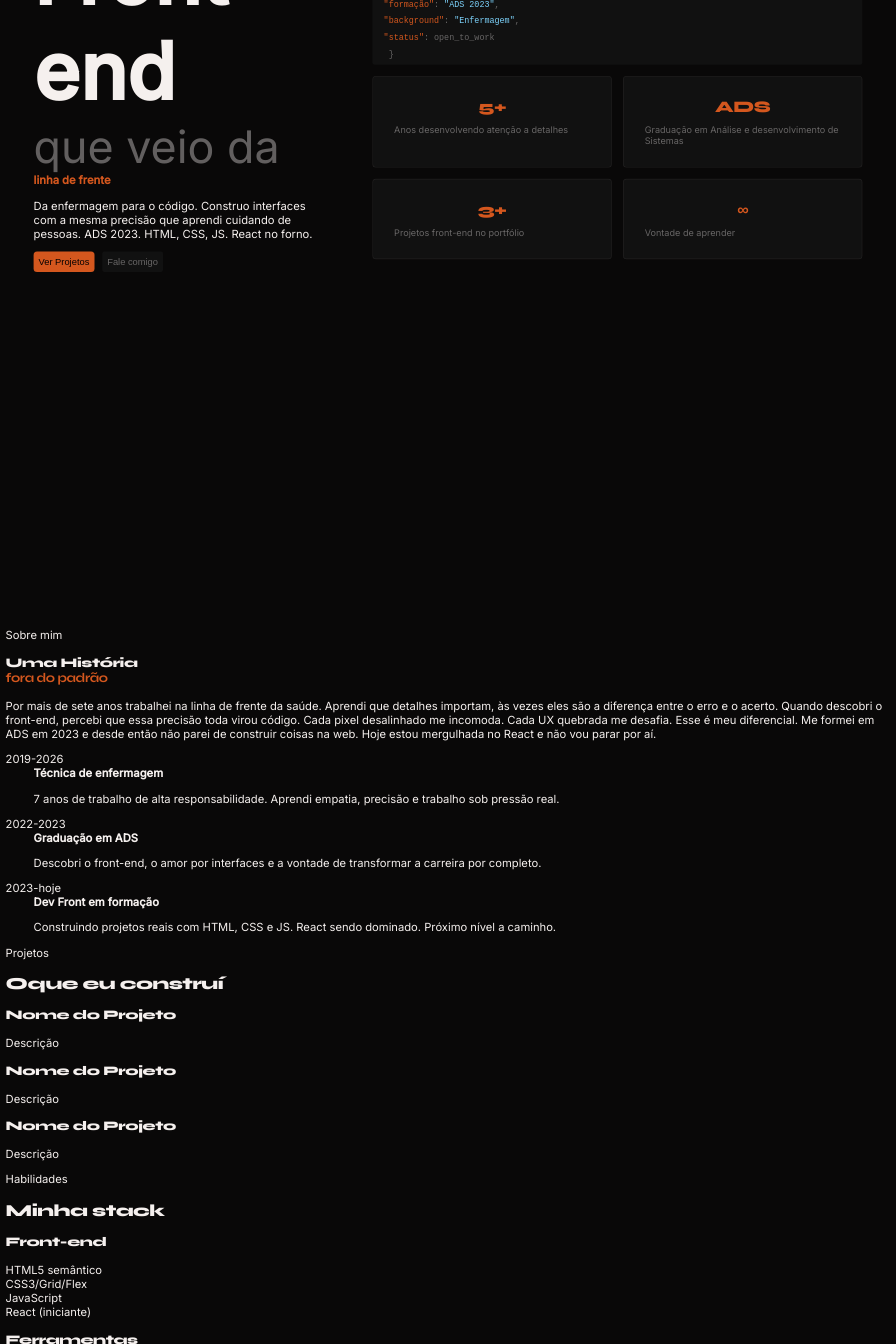
Repository: Bitroia/Portifolio
Page: index.html
An editor plug-in stored every save of this project. The page is shown before and after the next save, followed by the edit.
The browser window is 1280 px wide. The pictures show the part of the page from y = 359 to 2279 px (the page is 2899 px tall before and 3362 px after), at 70% of full size.
Some web fonts or font styles are not loaded; a fallback is used.

Above is the page before, as saved 2026-04-29 19:11:06.

### index.html
<!doctype html>
<html lang="pt-br">
  <head>
    <meta charset="UTF-8" />
    <meta name="viewport" content="width=device-width, initial-scale=1.0" />
    <link rel="stylesheet" href="styles/style.css" />
    <script src="scripts/script.js" defer></script>
    <link
      href="https://fonts.googleapis.com/css2?family=Syne:wght@400;700;800&family=Inter:wght@300;400;500&display=swap"
      rel="stylesheet"
    />
    <link
      href="https://fonts.googleapis.com/css2?family=Syne:wght@400;700;800&family=Syne+Mono&family=Inter:wght@300;400;500&display=swap"
      rel="stylesheet"
    />
    <title>Meu portifólio</title>
  </head>
  <body>
    <header>
      <nav id="nav-container">
        <h2>vitoria.cardozo</h2>
        <ul id="ul-container">
          <li><a href="#">SOBRE</a></li>
          <li><a href="#">PROJETOS</a></li>
          <li><a href="#">SKILLS</a></li>
          <li><a href="#">CONTATO</a></li>
        </ul>
      </nav>
    </header>
    <main>
      <section id="sections-container">
        <section id="introduction-section">
          <p class="avaible-p">Disponível para oportunidades</p>
          <span class="line-1">Front-end</span>
          <span class="line-2">que veio da</span>
          <span class="accent">linha de frente</span>
          <p>
            Da enfermagem para o código. Construo interfaces <br />
            com a mesma precisão que aprendi cuidando de <br />
            pessoas. ADS 2023. HTML, CSS, JS. React no forno.
          </p>
          <button id="projects-btn">Ver Projetos</button>
          <button id="talk-to-me-btn">Fale comigo</button>
        </section>
        <section id="secondary-section">
          <div id="info-container">
            <div class="terminal-bar">
              <span class="dot red"></span>
              <span class="dot yellow"></span>
              <span class="dot green"></span>
              <span class="terminal-title">perfil.json</span>
            </div>
            <div id="code-info-container">
              <pre><code><span class="t-comment">// desenvolvendo front-end</span>
  {
<span class="t-key">"nome"</span>: <span class="t-str">"Vitoria Cardozo"</span>,
<span class="t-key">"stack"</span>: [<span class="t-str">"HTML"</span>, <span class="t-str">"CSS"</span>, <span class="t-str">"JS"</span>, <span class="t-str">"React"</span>],
<span class="t-key">"formação"</span>: <span class="t-str">"ADS 2023"</span>,
<span class="t-key">"background"</span>: <span class="t-str">"Enfermagem"</span>,
<span class="t-key">"status"</span>: <span class="t-const">open_to_work</span>
 }
              </code></pre>
            </div>
          </div>
          <ul class="mini-cards-container">
            <li class="mini-card">
              <span class="num">5+</span>
              <span class="label">Anos desenvolvendo atenção a detalhes</span>
            </li>
            <li class="mini-card">
              <span class="num">ADS</span>
              <span class="label">Graduação em Análise e desenvolvimento de Sistemas</span>
            </li>
            <li class="mini-card">
              <span class="num">3+</span>
              <span class="label">Projetos front-end no portfólio</span>
            </li>
            <li class="mini-card">
              <span class="num">&#8734;</span>
              <span class="label">Vontade de aprender</span>
            </li>
          </ul>
        </section>
      </section>
      <section id="about-me-section">
        <section id="history-section">
          <span class="title">Sobre mim</span>
          <h1 class="broke-line">
            Uma História <span class="accent">fora do padrão</span>
          </h1>
          <p>
            Por mais de sete anos trabalhei na linha de frente da saúde. Aprendi
            que detalhes importam, às vezes eles são a diferença entre o erro e
            o acerto. Quando descobri o front-end, percebi que essa precisão
            toda virou código. Cada pixel desalinhado me incomoda. Cada UX
            quebrada me desafia. Esse é meu diferencial. Me formei em ADS em
            2023 e desde então não parei de construir coisas na web. Hoje estou
            mergulhada no React e não vou parar por aí.
          </p>
        </section>
        <section id="experiences-section">
          <dl class="experiences-list">
            <dt class="date-exp">2019-2026</dt>
            <dd class="desc-exp">
              <strong>Técnica de enfermagem</strong>
              <p>
                7 anos de trabalho de alta responsabilidade. Aprendi empatia,
                precisão e trabalho sob pressão real.
              </p>
            </dd>
            <dt class="date-exp">2022-2023</dt>
            <dd class="desc-exp">
              <strong>Graduação em ADS</strong>
              <p>
                Descobri o front-end, o amor por interfaces e a vontade de
                transformar a carreira por completo.
              </p>
            </dd>
            <dt class="date-exp">2023-hoje</dt>
            <dd class="desc-exp">
              <strong>Dev Front em formação</strong>
              <p>
                Construindo projetos reais com HTML, CSS e JS. React sendo
                dominado. Próximo nível a caminho.
              </p>
            </dd>
          </dl>
        </section>
      </section>
      <section id="projects-section">
        <span class="title">Projetos</span>
        <h2>Oque eu construí</h2>
        <article class="project-card">
          <h3>Nome do Projeto</h3>
          <p>Descrição</p>
        </article>
        <article class="project-card">
          <h3>Nome do Projeto</h3>
          <p>Descrição</p>
        </article>
        <article class="project-card">
          <h3>Nome do Projeto</h3>
          <p>Descrição</p>
        </article>
      </section>
      <section id="skills-section">
        <span class="title">Habilidades</span>
        <h1>Minha stack</h1>
        <article class="stack-card">
          <h3>Front-end</h3>
          <ul class="stack-ul">
            <li>HTML5 semântico</li>
            <li>CSS3/Grid/Flex</li>
            <li>JavaScript</li>
            <li>React (iniciante)</li>
          </ul>
        </article>
        <article class="stack-card">
          <h3>Ferramentas</h3>
          <ul class="stack-ul">
            <li>Git & GitHub</li>
            <li>VS Code</li>
            <li>Figma Básico</li>
            <li>DevTools</li>
          </ul>
        </article>
        <article class="stack-card">
          <h3>Aprendendo</h3>
          <ul class="stack-ul">
            <li>React Hooks</li>
            <li>Node.js</li>
            <li>Testes</li>
          </ul>
        </article>
        <article class="stack-card">
          <h3>Diferenciais</h3>
          <ul class="stack-ul">
            <li>Atenção a detalhes</li>
            <li>Empatia com usuário</li>
            <li>Alta pressão</li>
          </ul>
        </article>
      </section>
      <section id="finish-section">
        <span class="title">Contato</span>
        <h1>
          Vamos trabalhar
          <span class="accent">juntos?</span>
        </h1>
        <p>
          Aberta a oportunidades, freelas e parcerias. Manda uma mensagem,
          responderei rápido.
        </p>
        <a href="#" class="contact-link">meuemail@email.com</a>
        <a href="#" class="contact-link">in/ LinkedIn</a>
        <a href="#" class="contact-link">gh/ GitHub</a>
      </section>
    </main>
    <footer>
      <p>Data, meu nome</p>
      <p>built with HTML, CSS & determinação</p>
    </footer>
  </body>
</html>

### styles/style.css
:root {
  --fundo-geral: #090808;
  --fundo-cards: #111111;
  --hovers: #d8b5b5;
  --text: #f5f0ee;
  --second-text: #f5f0ee61;
  --dark-text: #050202;
  --accent: #d4571e;
  --accent-hover: #d4581ea9;
  --border: #f5f0ee12;
  --t-str: #7dd3fc;
  --t-comment: #5a6a1f;
  --font-title: "Syne", sans-serif;
  --font-body: "Inter", sans-serif;
}

* {
  padding: 0;
}

h1,
h2,
h3 {
  font-weight: 800;
  letter-spacing: -0.03em;
  color: var(--text);
  font-family: var(--font-title);
}

body {
  background-color: var(--fundo-geral);
  color: var(--text);
  font-family: var(--font-body);
  font-weight: 400;
}

/* Header */

header {
  border-bottom: 1px solid var(--border);
}

#nav-container {
  display: flex;
  justify-content: space-between;
  padding: 0.5px;
}

#ul-container {
  display: flex;
  list-style: none;
  gap: 1rem;
}

#ul-container a {
  text-decoration: none;
  color: var(--second-text);
  font-size: 13px;
  transition: 0.5s;
}

#ul-container a:hover {
  color: var(--hovers);
}

/* Apresentação */

.line-1 {
  color: var(--text);
  display: block;
  font-weight: bold;
  font-size: 7rem;
}

.line-2 {
  color: var(--second-text);
  display: block;
    font-size: 4rem;
}

.accent {
  color: var(--accent);
  display: block;
  font-weight: bold;
}

.avaible-p {
  color: var(--accent);
}

/* Cards */

#info-container {
  display: flex;
  flex-direction: column;
  width: 700px;
  border-radius: 5px;
}

.terminal-bar {
  display: flex;
  gap: 8px;
  align-items: center;
  padding: 10px 14px;
  background-color: #181818;
  border-bottom: 2px solid var(--fundo-cards);
  border-radius: 5px;
  margin-bottom: 0;
}

.dot {
  width: 12px;
  height: 12px;
  border-radius: 50%;
}

.dot.red {
  background-color: #ff5f57;
}
.dot.yellow {
  background: #ffbd2e;
}
.dot.green {
  background: #28c840;
}

.terminal-title {
  font-family: var(--font-mono);
  font-size: 11px;
  color: var(--second-text);
  margin: 0 auto;
}

#code-info-container {
  color: var(--second-text);
  background-color: var(--fundo-cards);
  border-radius: 3px;
  font-size: 12px;
  line-height: 2;
  height: 210px;
}

#code-info-container pre {
  margin: 0;
  padding: 1rem;
  white-space: pre; /* mantém a formatação do código */
  max-width: 100%; /* não vaza do pai */
}

.t-comment {
  color: var(--t-comment);
}

.t-key {
  color: var(--accent);
}

.t-str {
  color: var(--t-str);
}
/* Sessões */

#introduction-section {
  width: 700px;
  left: 50%;
}

#secondary-section {
  width: 700px;
  height: 550px;
  right: 50%;
}

.mini-cards-container {
  display: grid;
  grid-template-columns: repeat(2,1fr);
  gap: 16px;
  width: 700px;
}

.mini-card {
  display: flex;
  border: 1px solid var(--border);
  padding: 30px;
  list-style: none;
  text-align: center;
  flex-direction: column;
  border-radius: 5px;
  flex: 0 0 calc(50% - 8px);
  background-color: var(--fundo-cards);
}

.num {
  color: var(--accent);
  font-family: var(--font-title);
  font-size: 23px;
  font-weight: 800;
  letter-spacing: -0.03em;
  margin-bottom: 5px;
}

.mini-card .label {
  color: var(--second-text);
  text-align: left;
  margin-top: 5px;
  font-size: 13px;
}

#sections-container {
  display: flex;
  justify-content: space-between;
  margin-top: 10%;
  padding: 0 40px;
}

#introduction-section p {
  justify-self: left;
  display: block;
}

#about-me-section {
  margin-top: 500px;
}

/* Botões */

#projects-btn {
  background-color: var(--accent);
  padding: 7px;
  border-radius: 5px;
  border: none;
  color: var(--dark-text);
}

#talk-to-me-btn {
  background-color: var(--fundo-cards);
  padding: 7px;
  border-radius: 3px;
  border: var(--border);
  color: var(--second-text);
  margin-left: 7px;
}

#projects-btn:hover {
  background-color: var(--accent-hover);
}

Loaded but not shown: scripts/script.js (no stored copy; drawn as an empty file)

After the next save:
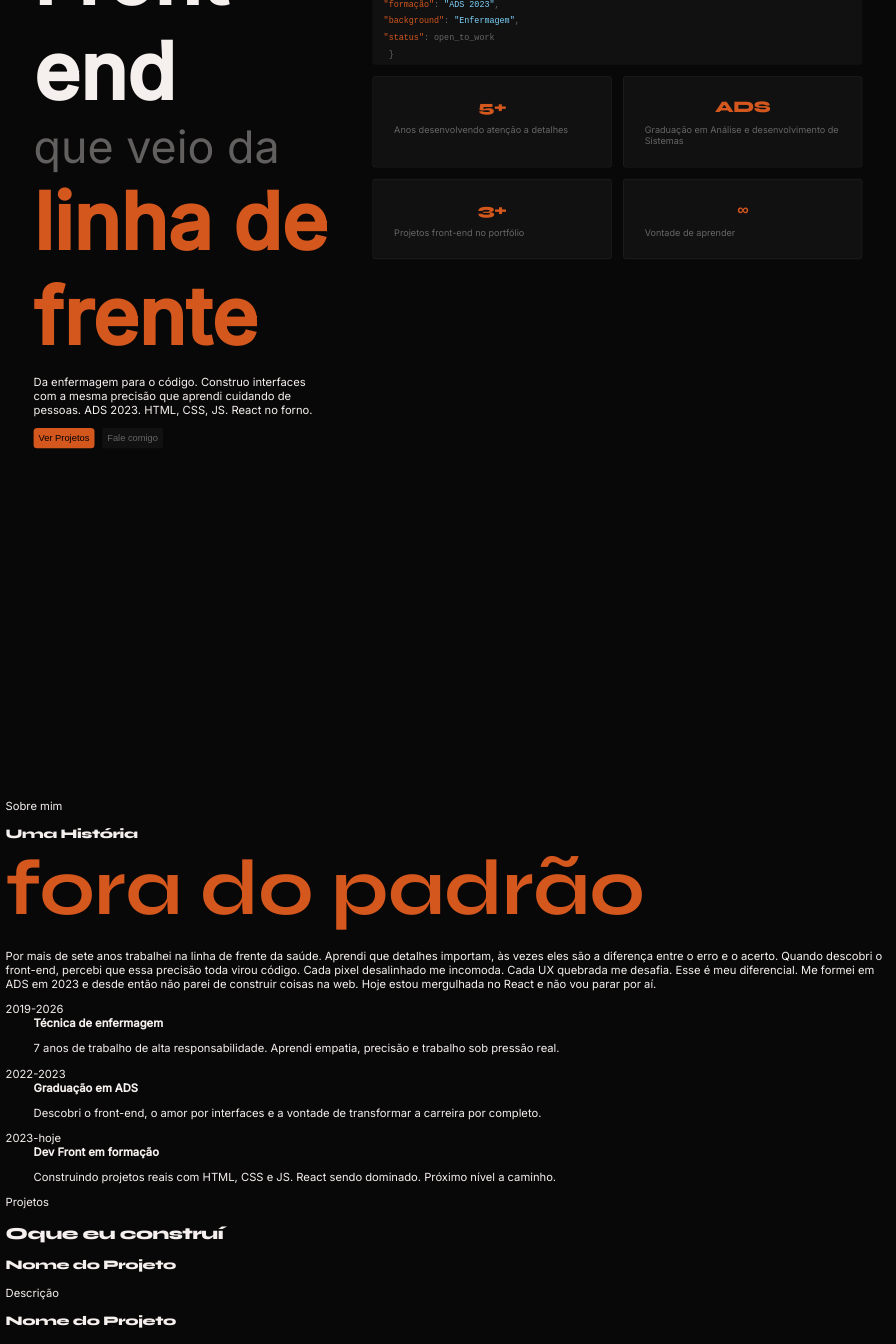
Saved 5 s later.
--- a/styles/style.css
+++ b/styles/style.css
@@ -82,6 +82,7 @@
   color: var(--accent);
   display: block;
   font-weight: bold;
+    font-size: 7rem;
 }
 
 .avaible-p {
